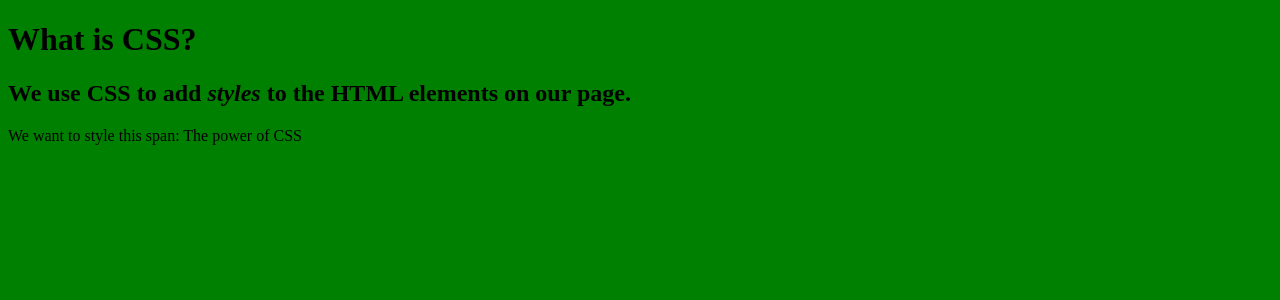
Repository: 3EyEdRav3n/10-2020-cohort-course
Page: week-1/day-3/index.html
The author's editor kept a copy of each file at every save. The page is drawn from the files as they stood at one save, then again after the next save.
The browser window is 1280 px wide. The pictures show the whole page.

Above is the page before, as saved 2020-10-28 20:40:52.

After the next save:
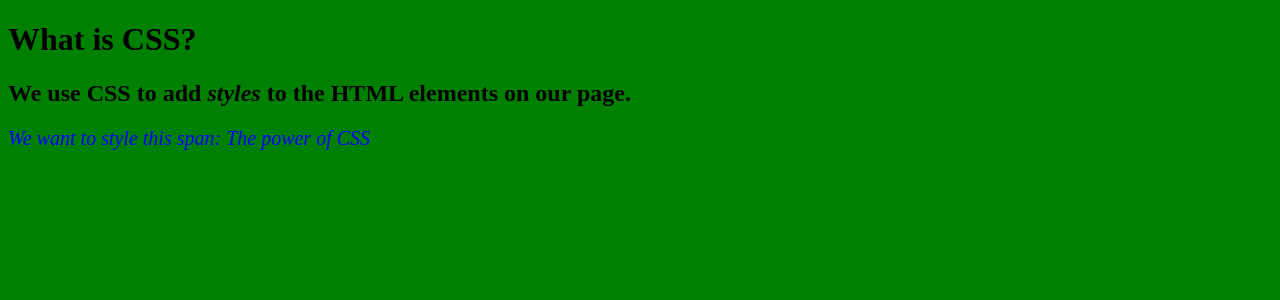
Saved 9 min 7 s later.
--- a/week-1/day-3/index.html
+++ b/week-1/day-3/index.html
@@ -3,7 +3,7 @@
   <head>
     <meta charset="UTF-8" />
     <meta name="viewport" content="width=device-width, initial-scale=1.0" />
-
+    <link rel="stylesheet" href="./style.css" />
     <title>Document</title>
   </head>
   <body style="background-color: green">
